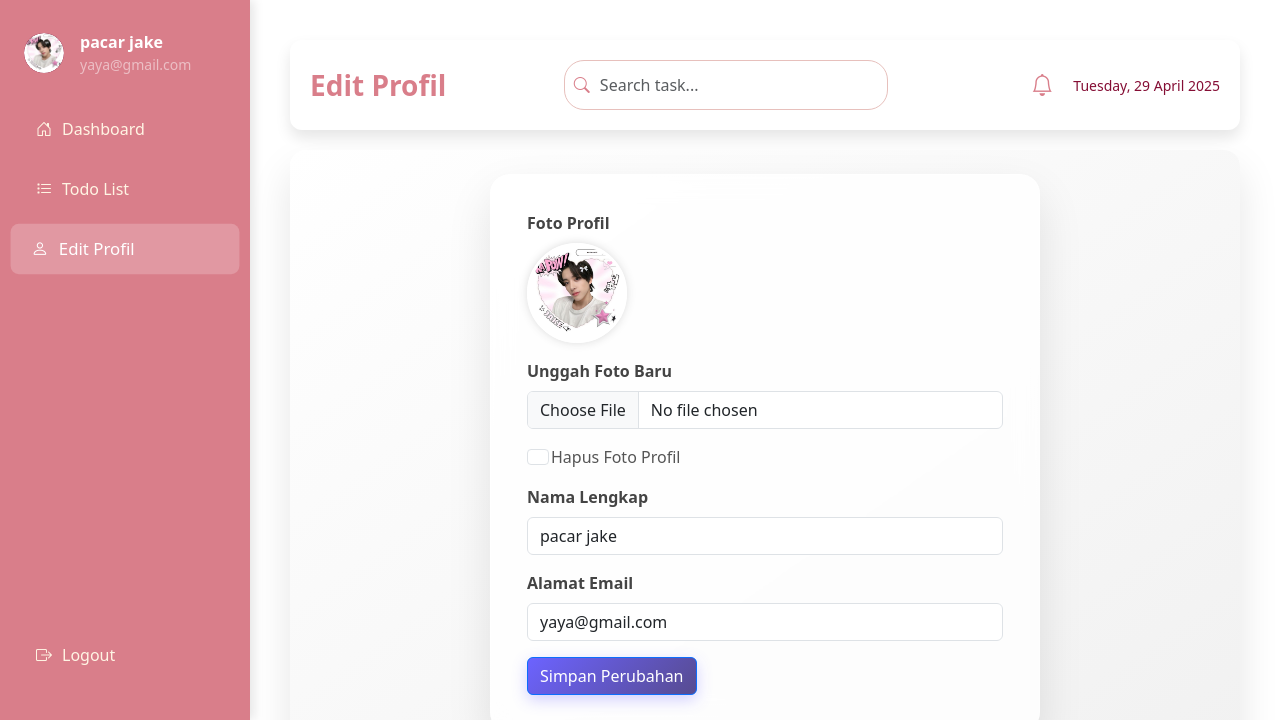
Repository: zhr-nabila/FloTime
Page: http://localhost/profile.php
An editor plug-in stored every save of this project. The page is shown before and after the next save, followed by the edit.
The browser window is 1280 px wide. The pictures show the whole page.
An inner scrolling area shows only its first screen. The page is run by PHP 8.4 with error messages shown; the project is at /var/www/html/. The session is filled in as if someone had signed in: {"email": "yaya@gmail.com", "status": "login", "user_id": 2}. The database holds what the project's SQL file puts in it.

Above is the page before, as saved 2025-04-30 21:56:05.

After the next save:
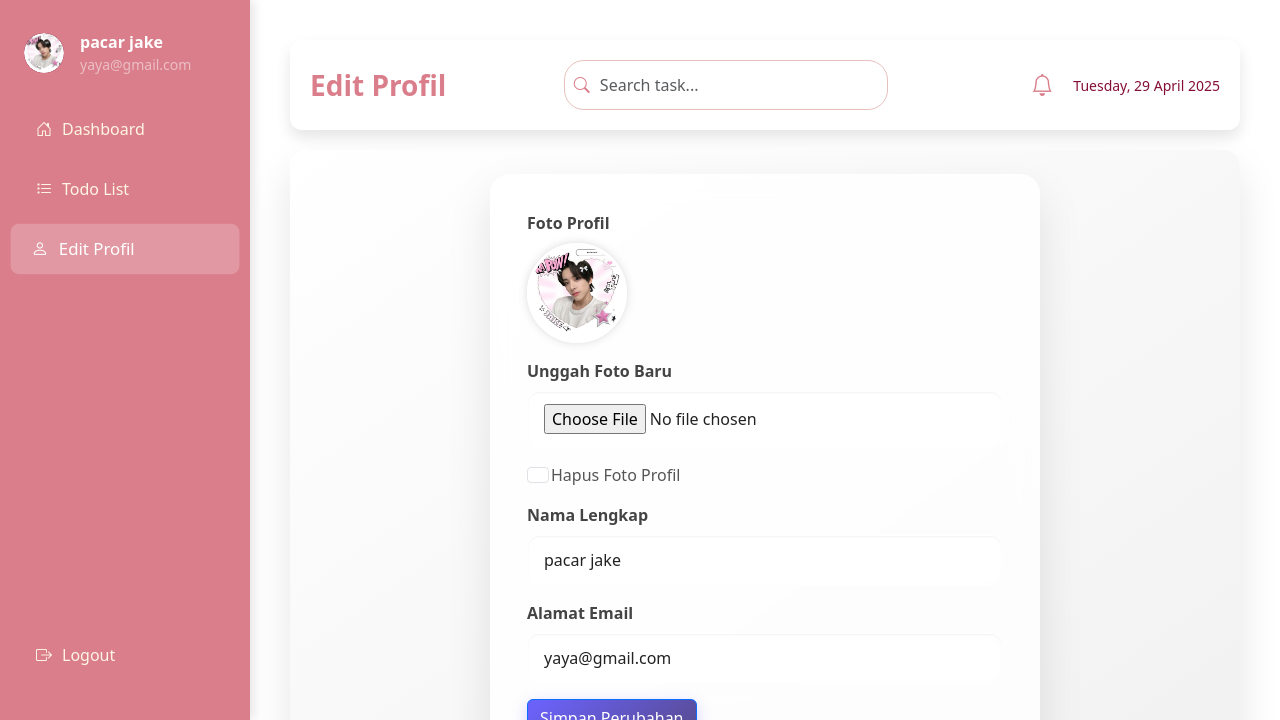
Saved 3 min 57 s later.
--- a/profile.php
+++ b/profile.php
@@ -91,7 +91,7 @@ if ($_SERVER["REQUEST_METHOD"] == "POST") {
 
             <div class="mb-3">
                 <label for="photo" class="form-label">Unggah Foto Baru</label>
-                <input type="file" name="photo" id="photo" class="form-control">
+                <input type="file" name="photo" id="photo" class="input-profile">
             </div>
 
             <?php if ($user['photo']) : ?>
@@ -103,12 +103,12 @@ if ($_SERVER["REQUEST_METHOD"] == "POST") {
 
             <div class="mb-3">
                 <label for="name" class="form-label">Nama Lengkap</label>
-                <input type="text" name="name" id="name" class="form-control" value="<?= htmlspecialchars($user['name']) ?>" required>
+                <input type="text" name="name" id="name" class="input-profile" value="<?= htmlspecialchars($user['name']) ?>" required>
             </div>
 
             <div class="mb-3">
                 <label for="email" class="form-label">Alamat Email</label>
-                <input type="email" name="email" id="email" class="form-control" value="<?= htmlspecialchars($user['email']) ?>" required>
+                <input type="email" name="email" id="email" class="input-profile" value="<?= htmlspecialchars($user['email']) ?>" required>
             </div>
 
             <?php if (isset($error)) : ?>
